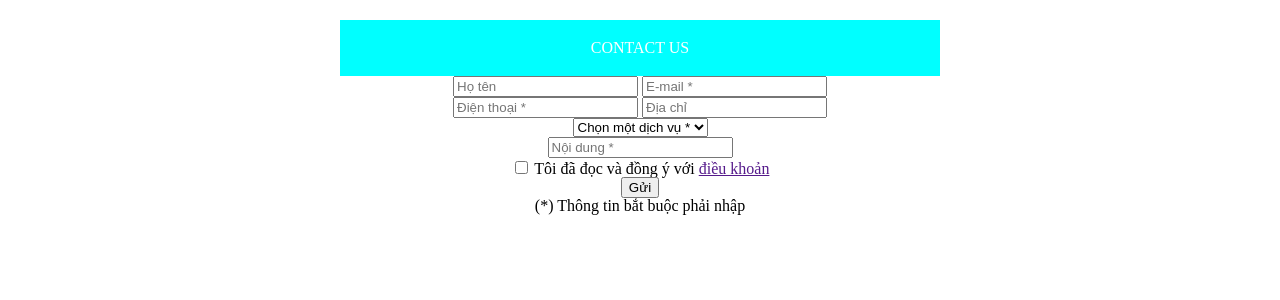
Repository: vanh1604/exercises
Page: baitap/Car/contact.html
An editor plug-in stored every save of this project. The page is shown before and after the next save, followed by the edit.
The browser window is 1280 px wide. The pictures show the whole page.

Above is the page before, as saved 2023-03-29 17:21:16.

### baitap/Car/contact.html
<!DOCTYPE html>
<html lang="en">
  <head>
    <meta charset="UTF-8" />
    <meta http-equiv="X-UA-Compatible" content="IE=edge" />
    <meta name="viewport" content="width=device-width, initial-scale=1.0" />
    <link rel="stylesheet" href="reset.css" />
    <link rel="stylesheet" href="contact.css" />
    <title>Document</title>
  </head>
  <body>
    <div class="modal" id="modal">
      <div class="container">
        <div class="header">Contact Us</div>
        <div class="box">
          <ul class="content">
            <li class="line row-2">
              <input type="text" placeholder="Họ tên" id="name" />
              <input type="text" placeholder="E-mail *" />
            </li>
            <li class="line row-2">
              <input type="text" placeholder="Điện thoại *" id="phone-number" />
              <input type="text" placeholder="Địa chỉ" />
            </li>
            <li class="line">
              <select name="service" id="service">
                <option value="default">Chọn một dịch vụ *</option>
                <option value=""></option>
                <option value=""></option>
                <option value=""></option>
              </select>
            </li>
            <li class="line">
              <input type="text" placeholder="Nội dung *" id="content" />
            </li>
            <li class="line check-box">
              <input type="checkbox" name="" id="" />
              Tôi đã đọc và đồng ý với <a href="">điều khoản</a>
            </li>
            <li class="line">
              <button id="button">Gửi</button>
            </li>
          </ul>
          <div class="force">(*) Thông tin bắt buộc phải nhập</div>
        </div>
      </div>
    </div>
  </body>
</html>

### baitap/Car/contact.css
.modal {
  margin: 0 auto;
  width: 600px;
}
.container {
  text-align: center;
  margin-top: 20px;
}
.header {
  background-color: aqua;
  padding: 20px;
  text-transform: uppercase;
  color: white;
}
.box {
  width: 100%;
  height: fit-content;
  min-height: 70%;
  /* height: 470px; */
  background-color: #fff;
}
input {
}

Loaded but not shown: baitap/Car/reset.css (common file)

After the next save:
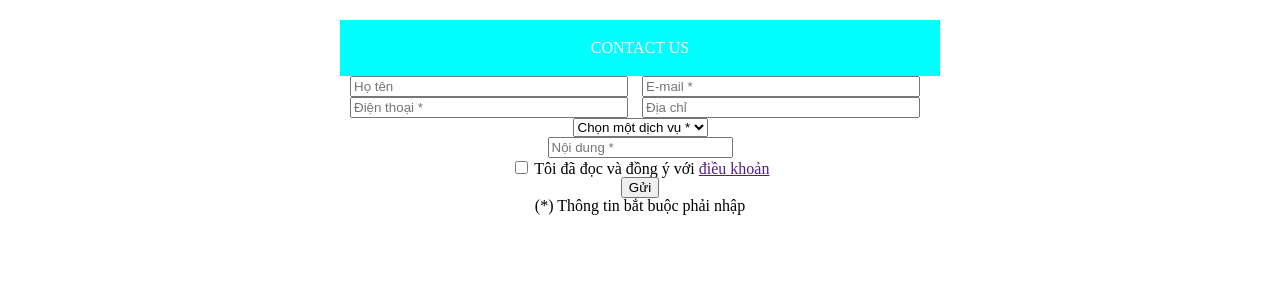
Saved 29 s later.
--- a/baitap/Car/contact.css
+++ b/baitap/Car/contact.css
@@ -19,5 +19,15 @@
   /* height: 470px; */
   background-color: #fff;
 }
+.modal ul {
+  width: 100%;
+}
+.modal li {
+  justify-content: center;
+}
+.row-2 input {
+  width: 45% !important;
+  margin-right: 10px;
+}
 input {
 }
